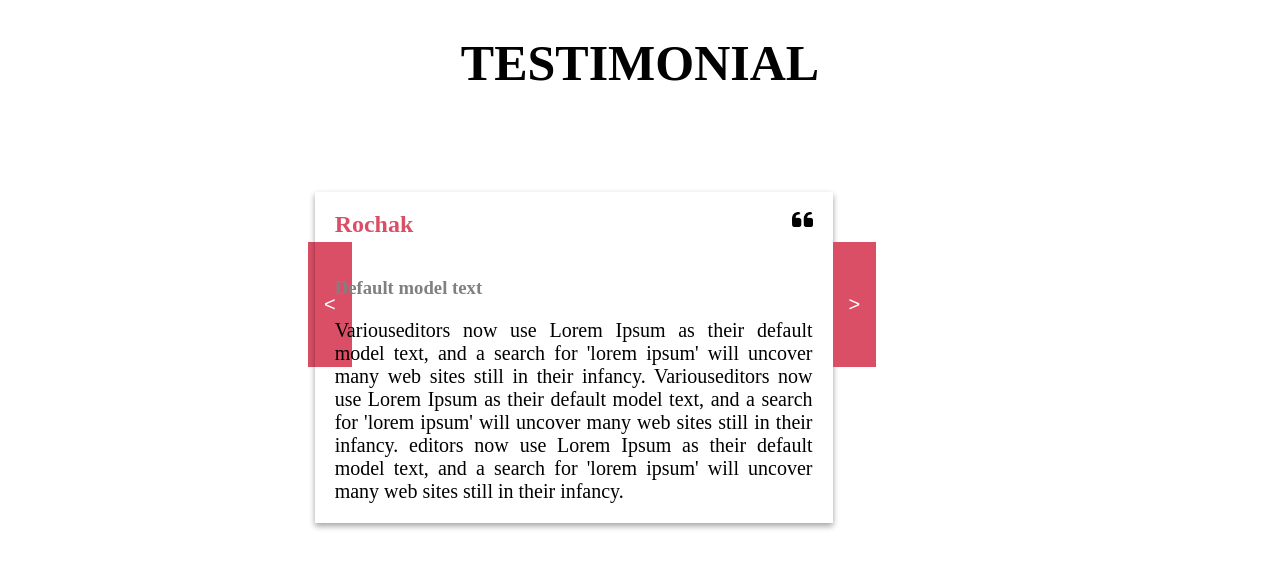
Repository: AVINKUMARP/gifts
Page: demo2.html
The author's editor kept a copy of each file at every save. The page is drawn from the files as they stood at one save, then again after the next save.
The browser window is 1280 px wide. The pictures show the whole page.

Above is the page before, as saved 2023-08-24 15:58:53.

### demo2.html
<!DOCTYPE html>
<html lang="en">

<head>
    <meta charset="UTF-8">
    <meta name="viewport" content="width=device-width, initial-scale=1.0">
    <title>Document</title>
    <style>
        .container {
            display: flex;
            flex-wrap: wrap;
            text-align: center;
            margin: 100px 300px;
        }

        .cbutl {
            width: 1%;
        }

        .cpara {
            width: 78%;
            box-shadow: rgba(0, 0, 0, 0.16) 0px 3px 6px, rgba(0, 0, 0, 0.23) 0px 3px 6px;
        }

        .cbutr {
            width: 6%;
        }

        .csub {
            display: flex;
            flex-wrap: wrap;
            justify-content: space-between;
        }

        .cbutl button {
            background-color: #db4f66;
            color: white;
            border: 1px solid #db4f66;
            padding: 50px 15px;
            font-size: 20px;
        }

        .cbutl {
            padding-top: 50px;
            margin-right: 0px;
        }

        .cbutr button {
            background-color: #db4f66;
            color: white;
            border: 1px solid #db4f66;
            padding: 50px 15px;
            font-size: 20px;
        }

        .cbutr {
            padding-top: 50px;
        }

        .csub h2 {
            text-align: start;

        }

        .ch h2 {
            color: #db4f66;
        }

        .cpara h3 {
            color: gray;
        }

        .cpara h3 {
            text-align: start;
            padding: 0 20px;
        }

        .cpara p {
            text-align: justify;
            font-size: 20px;
            padding: 0 20px;
        }

        .cicon {
            padding-top: 20px;
            text-align: end;
        }

        .csub {
            padding: 0 20px;
        }
        .text{
            text-align: center;
            font-size: 25px;
        }
    </style>
</head>

<body>
    <div class="text"><h1>TESTIMONIAL</h1></div>
    <div class="container">

        <div class="cbutl"><button><</button>
        </div>
        <div class="cpara">
            <div class="csub">
                <div class="ch">
                    <h2>Rochak</h2>
                </div>
                <div class="cicon"><img src="./images/icon.png" alt="loading..." width="8%"></div>
            </div>
            <h3>Default model text</h3>
            <p>Variouseditors now use Lorem Ipsum as their default model text, and a search for 'lorem ipsum' will
                uncover many web sites still in their infancy. Variouseditors now use Lorem Ipsum as their default
                model text, and a search for 'lorem ipsum' will uncover many web sites still in their infancy.
                editors now use Lorem Ipsum as their default model text, and a search for 'lorem ipsum' will uncover
                many web sites still in their infancy.</p>
        </div>
        <div class="cbutr"><button>></button></div>
    </div>
</body>

</html>

After the next save:
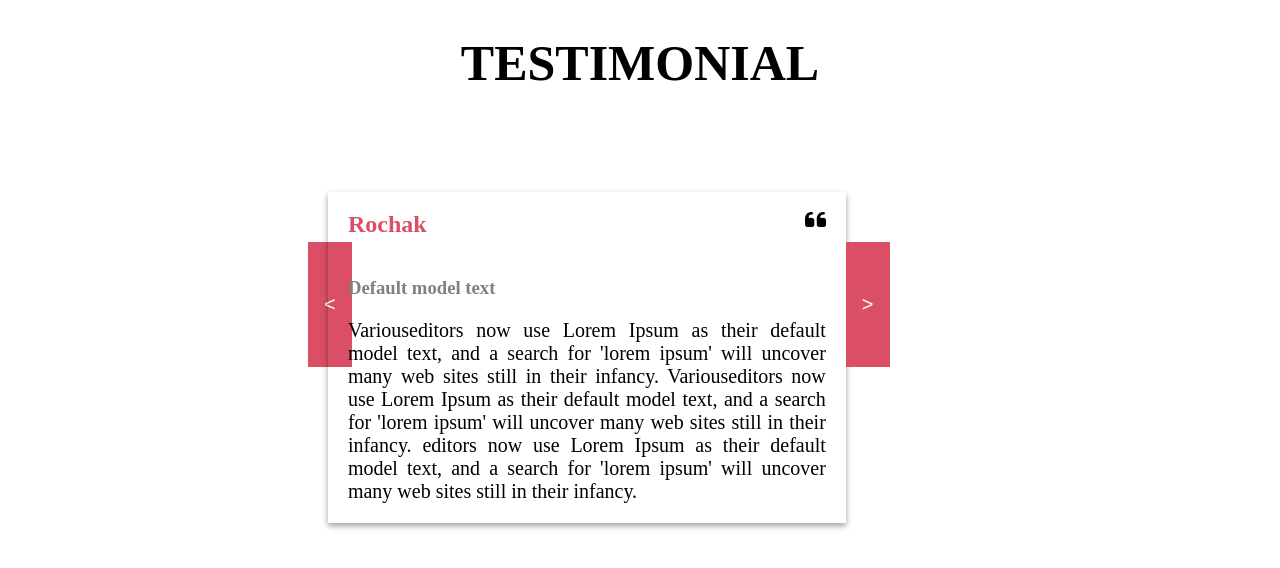
Saved 6 s later.
--- a/demo2.html
+++ b/demo2.html
@@ -14,7 +14,7 @@
         }
 
         .cbutl {
-            width: 1%;
+            width: 3%;
         }
 
         .cpara {
